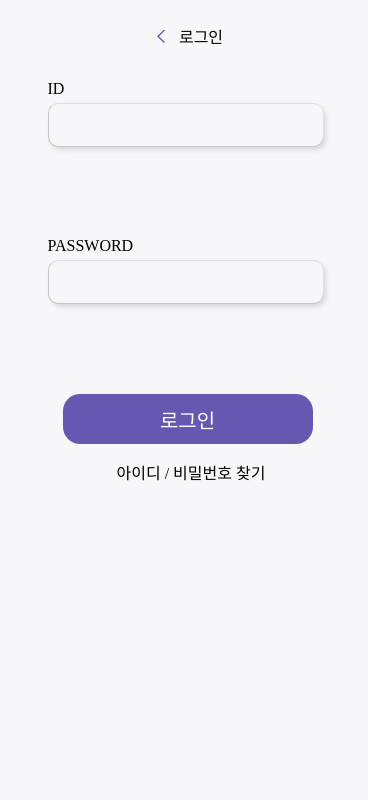
Repository: PEPI-dev/UI
Page: login/login.html
An editor plug-in stored every save of this project. The page is shown before and after the next save, followed by the edit.
The browser window is 360 px wide. The page is 368 px wide, so the pictures cover 368 px, including what lies to the right of the window. The pictures show the whole page.
Some web fonts or font styles are not loaded; a fallback is used.

Above is the page before, as saved 2023-12-05 00:48:55.

After the next save:
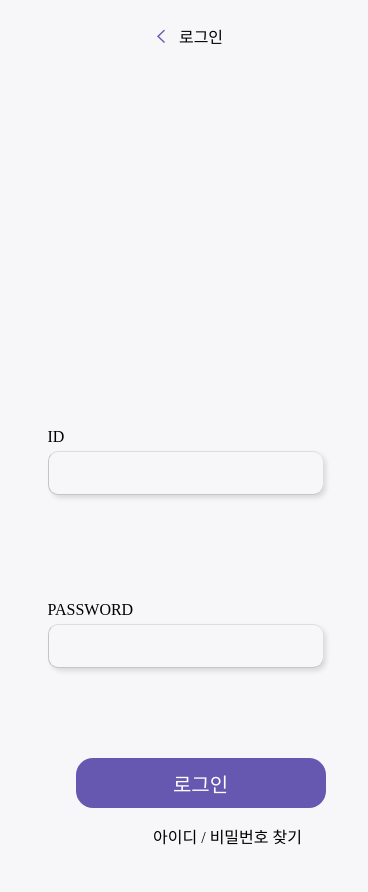
Saved 13 s later.
--- a/login/login.css
+++ b/login/login.css
@@ -100,6 +100,15 @@ body {
 
     /* 입력폼 */
 
+    form {
+        display: flex;
+        flex-direction: column;
+        align-items: center;
+        justify-content: flex-end; /* Align to the bottom */
+        height: 100vh; /* Full height of the viewport */
+        margin-bottom: 20px; /* Optional: add some margin at the bottom */
+    }
+
     .input_form {
         display: flex;
         flex-direction: column;
